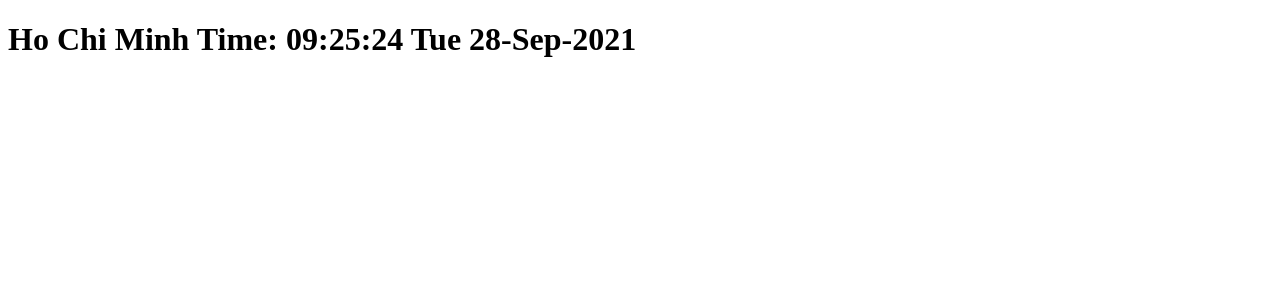
Repository: HanhHeo/Module2
Page: http://localhost/
The author's editor kept a copy of each file at every save. The page is drawn from the files as they stood at one save, then again after a run of saves.
The browser window is 1280 px wide. The pictures show the whole page.
The page is run by PHP 8.4 with error messages shown; the project is at /var/www/html/.

Above is the page before, as saved 2021-09-28 14:39:25.

### sever_time/index.php
<!DOCTYPE html>
<html lang="en">
<head>
    <meta charset="UTF-8">
    <meta http-equiv="X-UA-Compatible" content="IE=edge">
    <meta name="viewport" content="width=device-width, initial-scale=1.0">
    <title>Document</title>
</head>
<body>
    <?php date_default_timezone_set('Asia/Ho_Chi_Minh');?>
     <h1> Ho Chi Minh Time: <?php echo date('h:i:s D d-M-Y'); ?></h1>

</body>
</html>

After the next 2 saves:
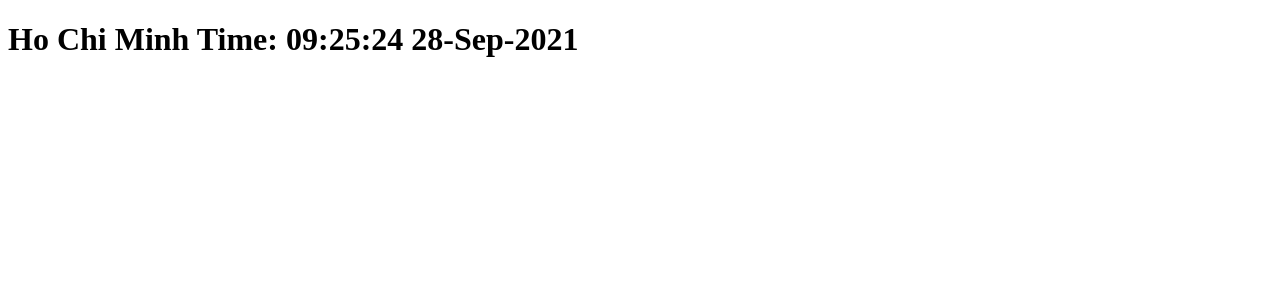
The 2 saves are shown as one change because they came seconds apart.
The last was saved 99 s later.
--- a/sever_time/index.php
+++ b/sever_time/index.php
@@ -8,7 +8,7 @@
 </head>
 <body>
     <?php date_default_timezone_set('Asia/Ho_Chi_Minh');?>
-     <h1> Ho Chi Minh Time: <?php echo date('h:i:s D d-M-Y'); ?></h1>
+     <h1> Ho Chi Minh Time: <?php echo date('h:i:s d-M-Y'); ?></h1>
 
 </body>
 </html>
